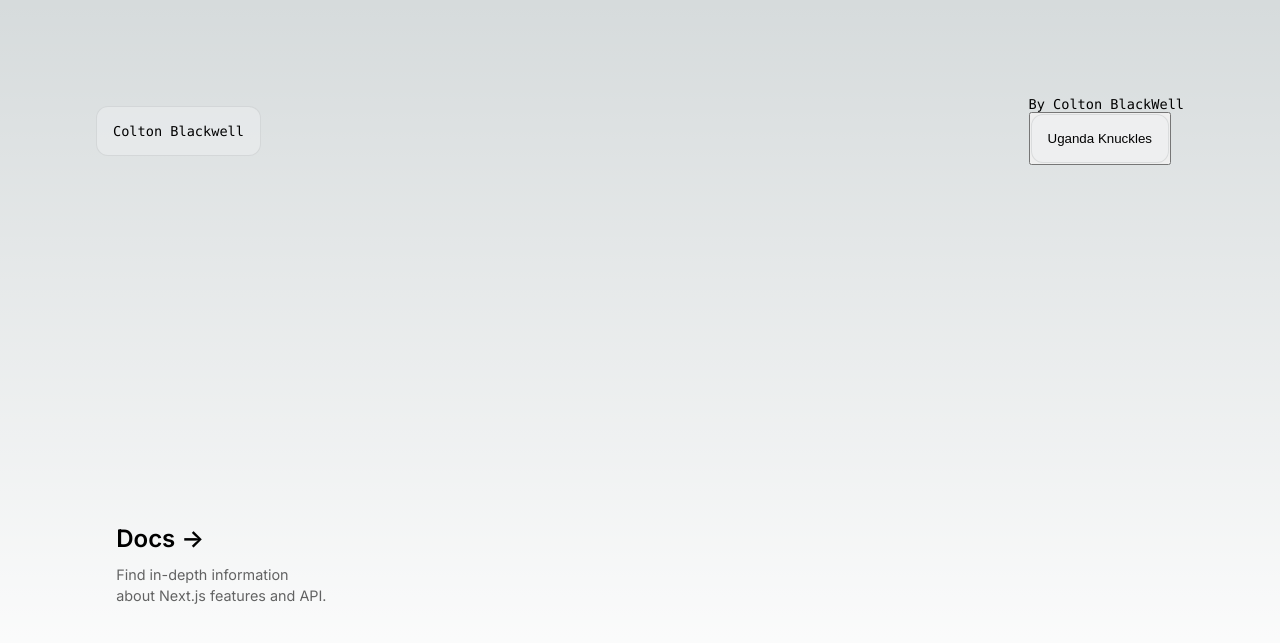
Repository: coltonBlackwell/Music_Quiz
Page: /
An editor plug-in stored every save of this project. The page is shown before and after the next save, followed by the edit.
The browser window is 1280 px wide. The pictures show the whole page.
The project was rebuilt for these pictures with package versions that can differ from the ones it lists, and the page was loaded fresh each time. The framework's server and built-in components were replaced by stand-ins that run in the browser. Also part of the build but not shown: next.config.mjs.

Above is the page before, as saved 2024-06-30 14:22:30.

### src/app/page.tsx
import Image from "next/image";
import styles from "./page.module.css";
import Retake from "../../components/atoms/retake_Button"

export default function Home() {
  return (
    <main className={styles.main}>
      <div className={styles.description}>
        <p>
          Colton Blackwell
        </p>
        <div>
          <a
            href="https://vercel.com?utm_source=create-next-app&utm_medium=appdir-template&utm_campaign=create-next-app"
            target="_blank"
            rel="noopener noreferrer"
          >
            By Colton BlackWell
          </a>
          <Retake/>

        </div>
      </div>


      <div className={styles.grid}>
        <a
          href="https://nextjs.org/docs?utm_source=create-next-app&utm_medium=appdir-template&utm_campaign=create-next-app"
          className={styles.card}
          target="_blank"
          rel="noopener noreferrer"
        >
          <h2>
            Docs <span>-&gt;</span>
          </h2>
          <p>Find in-depth information about Next.js features and API.</p>
        </a>
      </div>
    </main>
  );
}

### components/atoms/retake_Button.tsx
export default function Retake_Button(){
    return(
        <button>
            <p>Uganda Knuckles</p>
        </button>
    );
}

### components/atoms/icon_home.tsx
import Image from "next/image";
import IconHome from "../../public/home.png"

export default function Icon_Home(){
    return(
        <Image src={IconHome} alt="home"/>
    );
}

Loaded but not shown: src/app/layout.tsx (common file); src/app/globals.css (common file); src/app/page.module.css (common file)

After the next save:
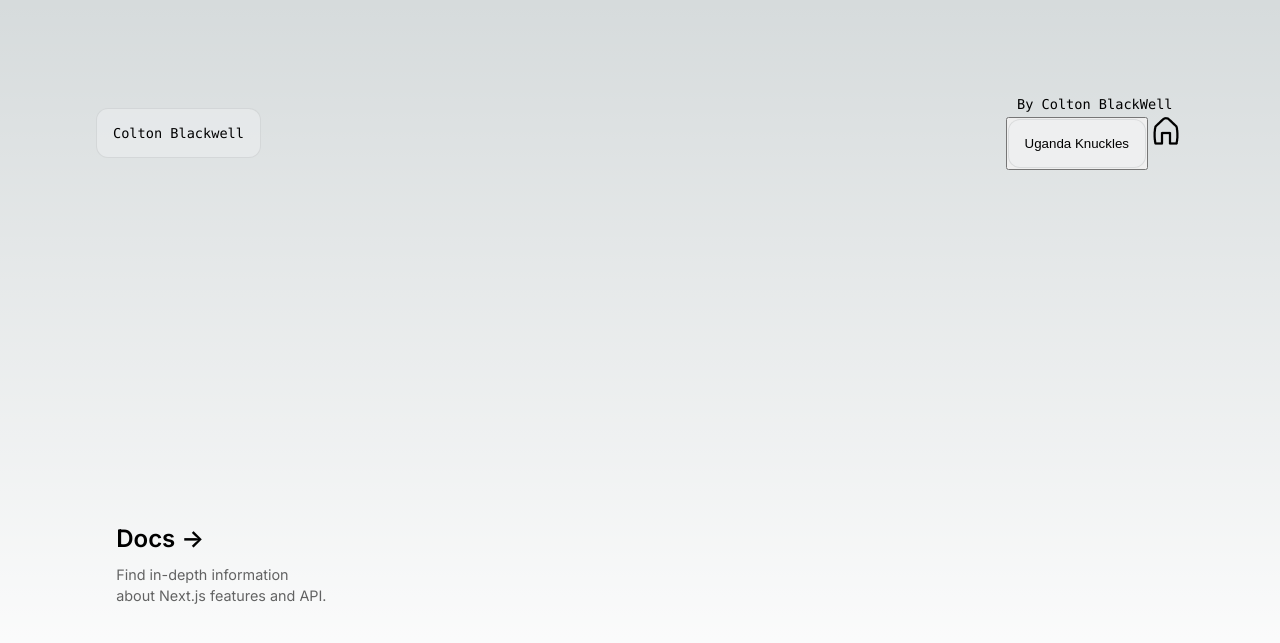
Saved 24 s later.
--- a/src/app/page.tsx
+++ b/src/app/page.tsx
@@ -1,6 +1,7 @@
 import Image from "next/image";
 import styles from "./page.module.css";
 import Retake from "../../components/atoms/retake_Button"
+import HomeIcon from "../../components/atoms/icon_home"
 
 export default function Home() {
   return (
@@ -18,7 +19,7 @@ export default function Home() {
             By Colton BlackWell
           </a>
           <Retake/>
-
+          <HomeIcon/>
         </div>
       </div>
 
